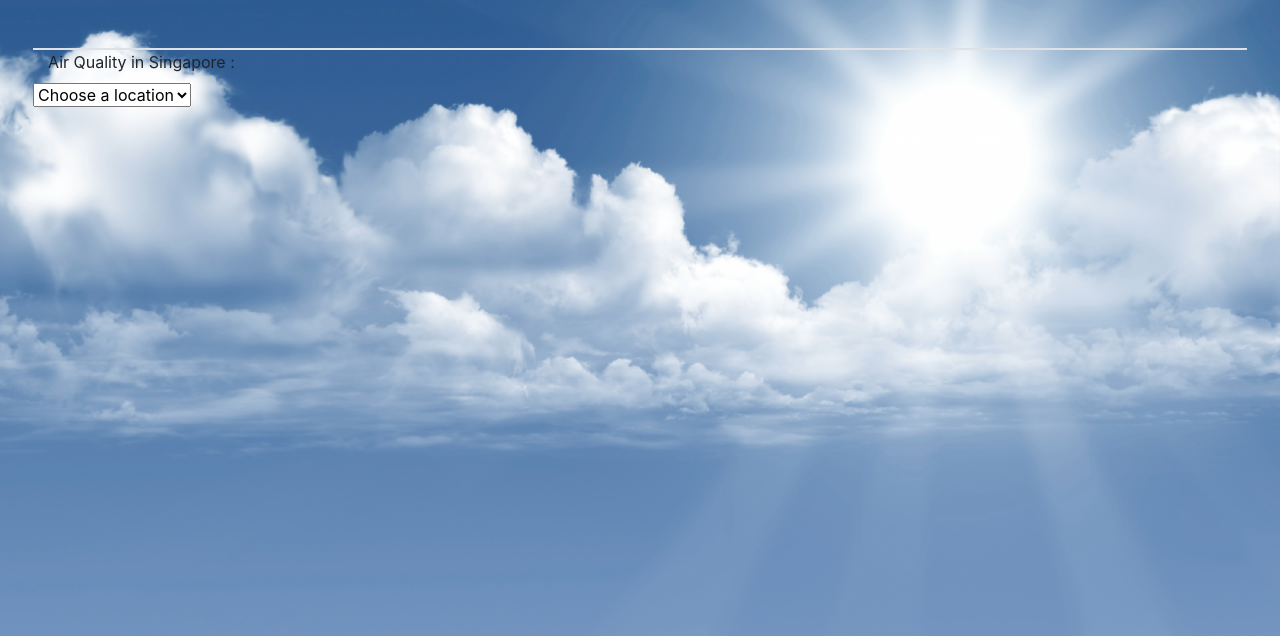
Repository: Code-Institute-Submissions/projectchen88-weatherForecast
Page: index.html
The author's editor kept a record of every edit. The page is drawn from the files as they stood at one moment, then again after the next edit.
The browser window is 1280 px wide. The pictures show the whole page.
The page's requests for data from a server got no answer.

Above is the page before.
Console error (its wording comes from the project's code and is left out).

After the next edit:
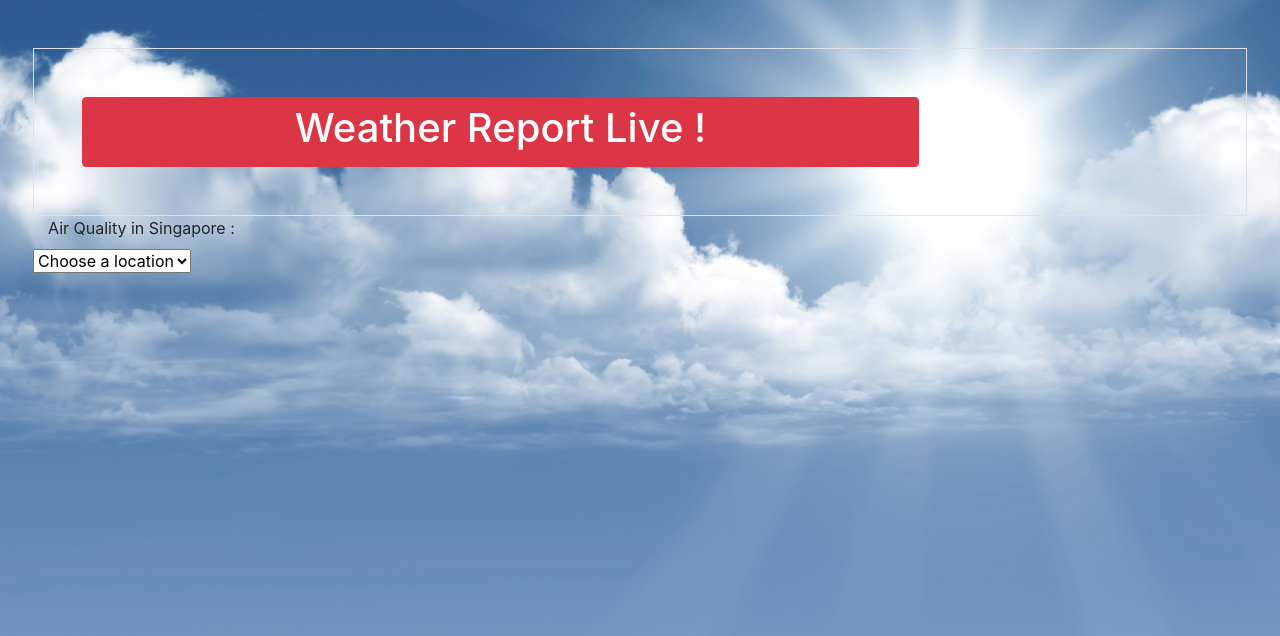
The edit:
--- a/index.html
+++ b/index.html
@@ -17,12 +17,8 @@
 <body>
     <main id='main-page' class='container-fluid p-5'>
         <div class="row">
-            <div class="col-12 border">
-                <div class="row">
-                    <div class="col-6 mx-auto">
-
-                    </div>
-                </div>
+            <div class="col-12 border p-5 ">
+                <span class='btn btn-danger w-75'><h1>Weather Report Live ! </h1></span>
             </div>
 
             <div class='col-12'> Air Quality in Singapore : <span id='status'></span></div>
